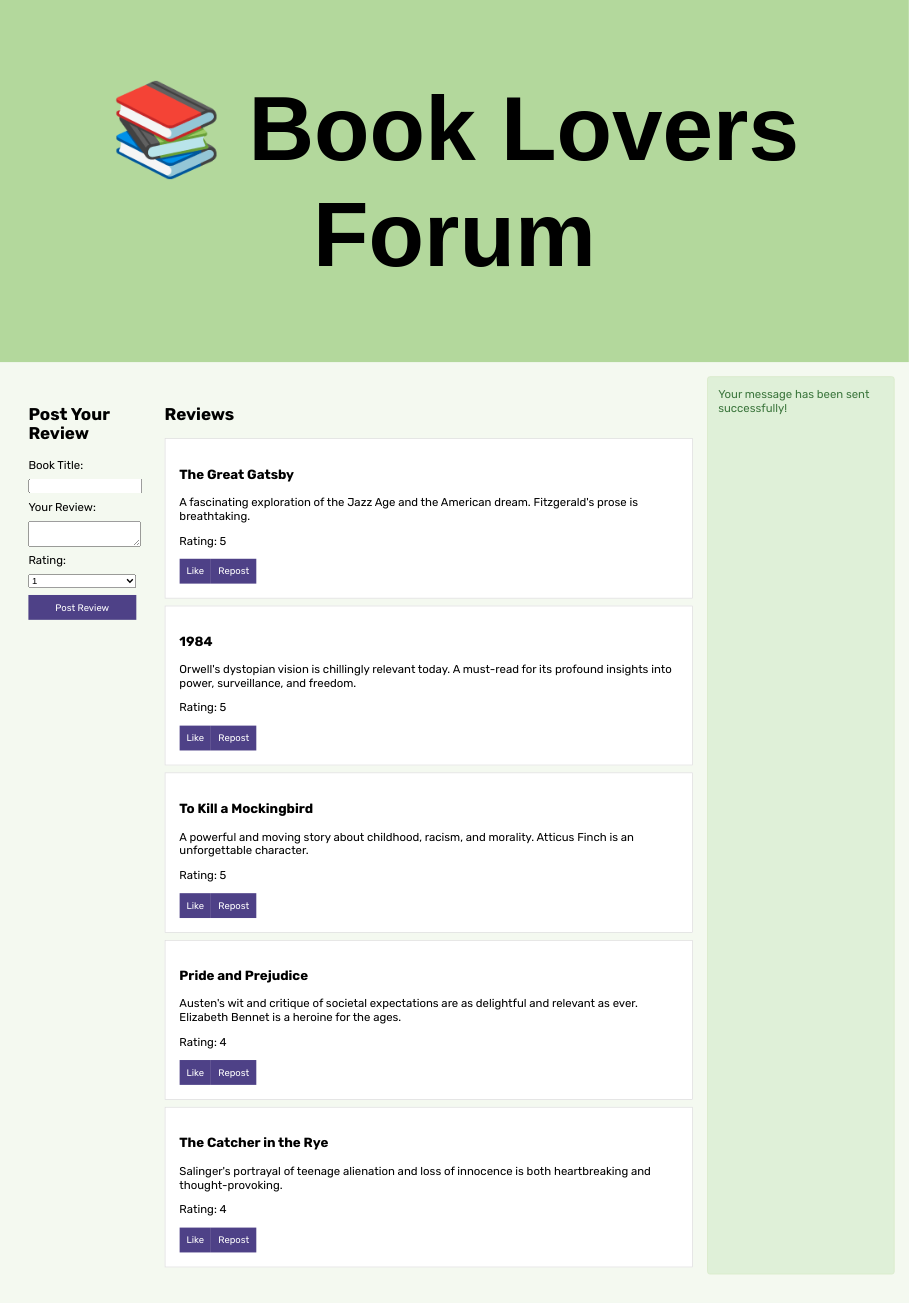
Repository: valentinaarojas/virtual-book-club
Page: index.html
These files come from the project's save history. The page is drawn as it stood at one moment and after a run of saves; the edit follows.
The browser window is 1280 px wide. The pictures show the whole page, at 71% of full size.
Some web fonts or font styles are not loaded; a fallback is used.

Above is the page before, as saved 2025-02-12 17:28:33.
Console error: ReferenceError: form is not defined

### index.html
<!DOCTYPE html>
<html lang="en">
<head>
    <title>Book Lovers Forum</title>
    <link rel="stylesheet" href="styles.css">
    <link rel="preconnect" href="https://fonts.googleapis.com">
    <link rel="preconnect" href="https://fonts.gstatic.com" crossorigin>
    <link href="https://fonts.googleapis.com/css2?family=Licorice&display=swap" rel="stylesheet">
    <link href="https://fonts.googleapis.com/css2?family=Licorice&family=Rubik:ital,wght@0,300..900;1,300..900&display=swap" rel="stylesheet">
</head>
<body>
    <header>
        <h1>📚 Book Lovers Forum</h1>
    </header>
    <main>
        <section id="review-form-section">
            <h2>Post Your Review</h2>
            <form id="review-form">
                <label for="book-title">Book Title:</label>
                <input type="text" id="book-title" name="book-title" required>
                <label for="review-text">Your Review:</label>
                <textarea id="review-text" name="review-text" required></textarea>
                <label for="rating">Rating:</label>
                <select id="rating" name="rating">
                    <option value="1">1</option>
                    <option value="2">2</option>
                    <option value="3">3</option>
                    <option value="4">4</option>
                    <option value="5">5</option>
                </select>
                <button type="submit">Post Review</button>
            </form>
        </section>
        <section id="reviews-section">
            <h2>Reviews</h2>
            <div id="reviews-list">
                <!-- Reviews will be dynamically inserted here -->
            </div>
        </section>
        <div class="alert success" style="hidden">Your message has been sent successfully!</div>
    </main>
    <script src="script.js"></script>
</body>
</html>

### styles.css
body {
    font-family: Rubik, sans-serif;
    margin: 0;
    padding: 0;
    background-color: #F4F9F0;
}

header {
    background-color: #B3D89C;
    padding: 20px;
    text-align: center;
}

main {
    padding: 20px;
    display: flex;
}

section {
    margin: 20px;
}

h1 {
    font-family: Licorice, sans-serif;
    font-size: 8em;
}

#reviews-section {
    flex-grow: 2;
}

#review-form-section,
#reviews-section {
    margin-bottom: 20px;
}

#review-form label,
#review-form input,
#review-form textarea,
#review-form select,
#review-form button {
    display: block;
    width: 100%;
    margin-top: 10px;
}

button {
    background-color: #4E4187;
    font-family: Rubik, sans-serif;
    color: white;
    padding: 10px;
    border: none;
    cursor: pointer;
}

button:hover {
    background-color: #C1BADE;
    color: black;
}

button:active {
    background-color: #564e76;
}

#reviews-list {
    margin-top: 20px;
}

.review-item {
    background-color: #fff;
    border: 1px solid #ddd;
    padding: 20px;
    margin-bottom: 10px;
}

.review-item:hover {
    background-color: #f9f9f9;
}

.alert {
    padding: 15px;
    margin-bottom: 20px;
    border: 1px solid transparent;
    border-radius: 4px;
}

.success {
    color: #3c763d;
    background-color: #dff0d8;
    border-color: #d6e9c6;
}

### script.js
function loadReviews() {
    console.log("loadReviews called!");
    fetch('reviews.json')
        .then(response => {
            if (!response.ok) {
                throw new Error('Network response was not ok');
            }
            return response.json();  // Assuming the server sends JSON
        })
        .then(reviews => {
            console.log(reviews); // Log the fetched reviews
            const reviewsList = document.getElementById("reviews-list"); // Get the div to append reviews
            reviews.forEach(review => {
                const reviewElement = createReviewElement(review);
                reviewsList.appendChild(reviewElement); // Append each review to the list
            });
        })
        .catch(error => {
            console.error('There was a problem:', error);
        });
}

function handleReviewSubmit() {
    console.log("handleReviewSubmit");
}

function createReviewElement(review) {
    console.log(review);
    const newDiv = document.createElement('div'); // Create the main review container
    newDiv.classList.add('review-item'); // Add the class 'review-item' (can style now)
    const bookTitle = document.createElement('h3'); // Create and add book title
    bookTitle.textContent = review.title;
    newDiv.append(bookTitle);
    const reviewText = document.createElement('p'); // Create and add review text
    reviewText.textContent = review.reviewText;
    newDiv.append(reviewText);
    const rating = document.createElement('p'); // Create and add rating
    rating.textContent = `Rating: ${review.rating}`;
    newDiv.append(rating);
    const likeButton = document.createElement('button'); // Create and add like button
    likeButton.textContent = "Like";
    likeButton.id = `like-${review.id}`; // Unique ID based on review ID
    likeButton.setAttribute('data-liked', 'false');
    likeButton.addEventListener('click', () => toggleLike(likeButton, review.id));
    newDiv.appendChild(likeButton);
    const repostButton = document.createElement('button'); // Create and add repost button
    repostButton.textContent = "Repost";
    repostButton.id = `repost-${review.id}`; // Unique ID based on review ID
    repostButton.addEventListener('click', () => repostReview(review.id));
    newDiv.appendChild(repostButton);
    return newDiv; // Return the created review element
}

function toggleLike(button, reviewId) {
    console.log('Like button clicked');
}

function repostReview(reviewId) {
    console.log('Repost button clicked');
}

document.addEventListener("DOMContentLoaded", () => {
    console.log("page loaded and ready for actions!");
    loadReviews();
    const reviewForm = document.getElementById("reviews-list");
    form.addEventListener('submit', handleReviewSubmit);
});

### reviews.json
[
	{
		"id": 1,
		"title": "The Great Gatsby",
		"reviewText": "A fascinating exploration of the Jazz Age and the American dream. Fitzgerald's prose is breathtaking.",
		"rating": 5,
		"likes": 12,
		"reposts": 4
	},
	{
		"id": 2,
		"title": "1984",
		"reviewText": "Orwell's dystopian vision is chillingly relevant today. A must-read for its profound insights into power, surveillance, and freedom.",
		"rating": 5,
		"likes": 15,
		"reposts": 5
	},
	{
		"id": 3,
		"title": "To Kill a Mockingbird",
		"reviewText": "A powerful and moving story about childhood, racism, and morality. Atticus Finch is an unforgettable character.",
		"rating": 5,
		"likes": 20,
		"reposts": 8
	},
	{
		"id": 4,
		"title": "Pride and Prejudice",
		"reviewText": "Austen's wit and critique of societal expectations are as delightful and relevant as ever. Elizabeth Bennet is a heroine for the ages.",
		"rating": 4,
		"likes": 18,
		"reposts": 7
	},
	{
		"id": 5,
		"title": "The Catcher in the Rye",
		"reviewText": "Salinger's portrayal of teenage alienation and loss of innocence is both heartbreaking and thought-provoking.",
		"rating": 4,
		"likes": 10,
		"reposts": 3
	}
]

After the next 2 saves:
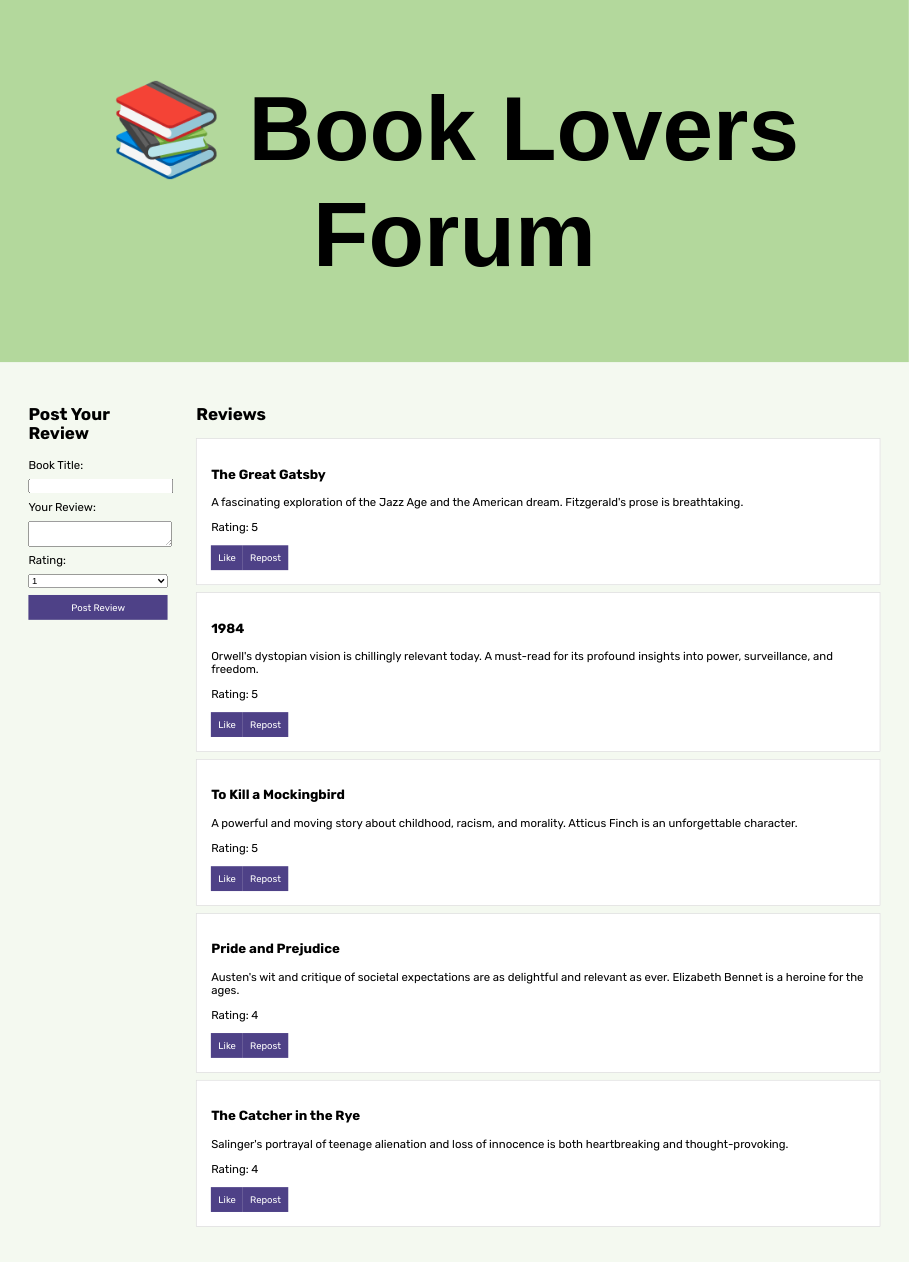
The 2 saves are shown as one change because they came seconds apart.
The last was saved 30 s later.
--- a/index.html
+++ b/index.html
@@ -37,7 +37,7 @@
                 <!-- Reviews will be dynamically inserted here -->
             </div>
         </section>
-        <div class="alert success" style="hidden">Your message has been sent successfully!</div>
+        <div class="alert success" style="display: none">Your message has been sent successfully!</div>
     </main>
     <script src="script.js"></script>
 </body>
